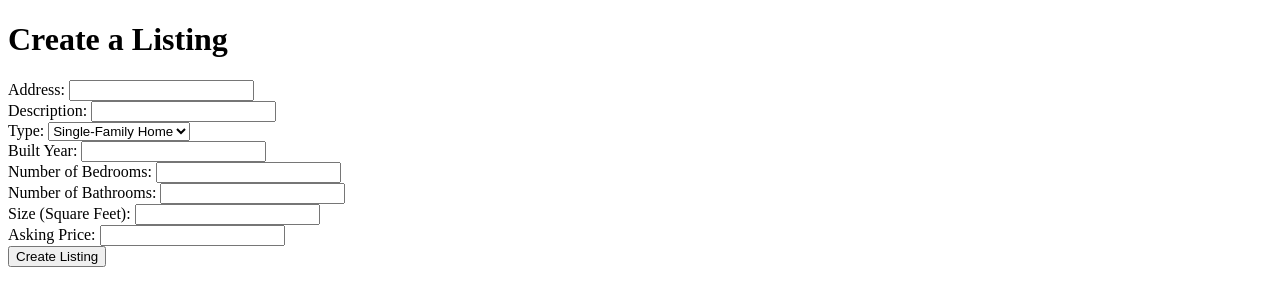
Repository: rickytorrez/test
Page: http://localhost/dcHome/WEB-INF/realtor.jsp
These files come from the project's save history. The page is drawn as it stood at one moment and after the next save; the edit follows.
The browser window is 1280 px wide. The pictures show the whole page.
The page is served by Tomcat 9. Nobody is signed in. The template is opened directly, without the code that normally fills it, so the values that code supplies are empty.

Above is the page before, as saved 2018-05-31 14:54:49.

After the next save:
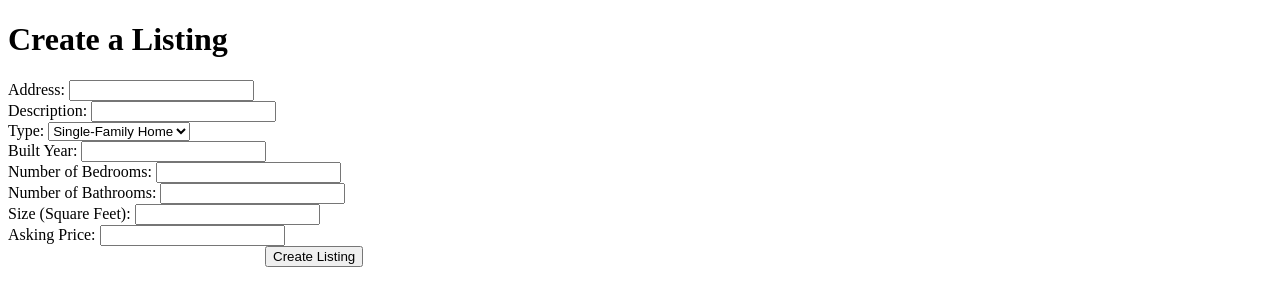
Saved 28 min 5 s later.
--- a/dcHome/src/main/webapp/WEB-INF/realtor.jsp
+++ b/dcHome/src/main/webapp/WEB-INF/realtor.jsp
@@ -43,6 +43,7 @@
 			<form:label path="cost">Asking Price:
 				<form:input type="number" path="cost"></form:input>
 			</form:label><br>
+			<input id="files" style="visibility:hidden;" name="file" type="file">
 			<input type="submit" value="Create Listing"/>
 		</form:form>
 	</body>
